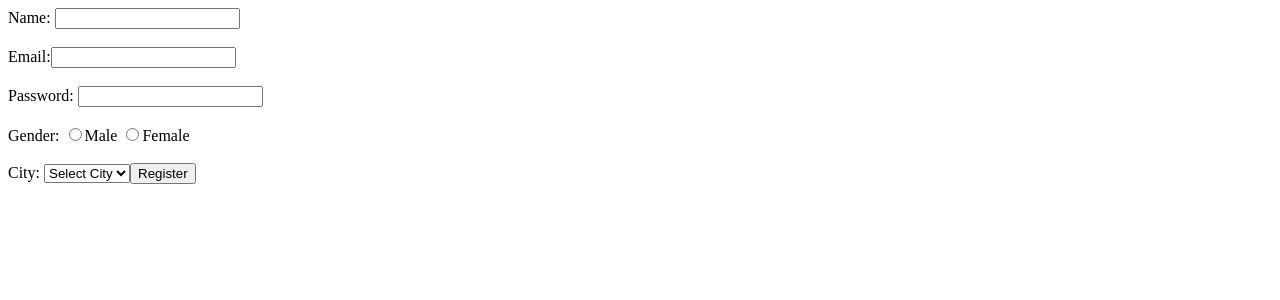
Repository: Ajay9554/javaPrograms
Page: http://localhost/RegisterLogin/
These files come from the project's save history. The page is drawn as it stood at one moment and after the next save; the edit follows.
The browser window is 1280 px wide. The pictures show the whole page.
The page is served by Tomcat 9.

Above is the page before, as saved 2023-10-16 20:44:18.

After the next save:
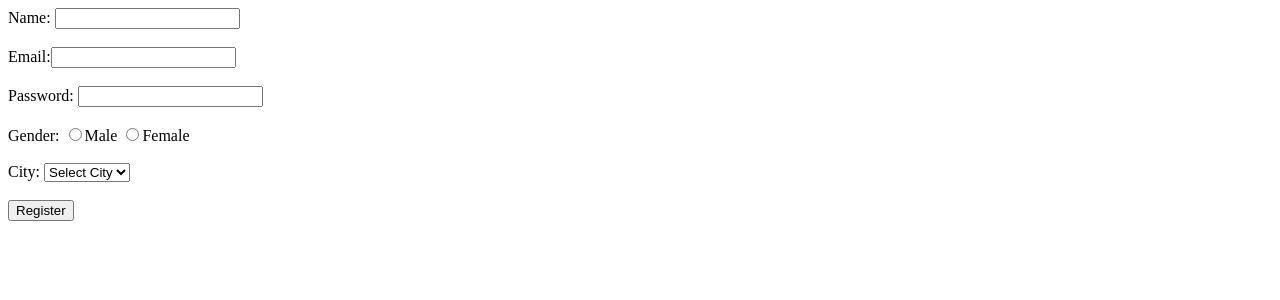
Saved 4 s later.
--- a/eclipse-workspace/aug1pro/RegisterLogin/src/main/webapp/index.jsp
+++ b/eclipse-workspace/aug1pro/RegisterLogin/src/main/webapp/index.jsp
@@ -19,6 +19,7 @@
 <option>Pune</option>
 <option>Banglore</option>
 
+</select><br><br>
 <input type="submit" value="Register">
 
 
